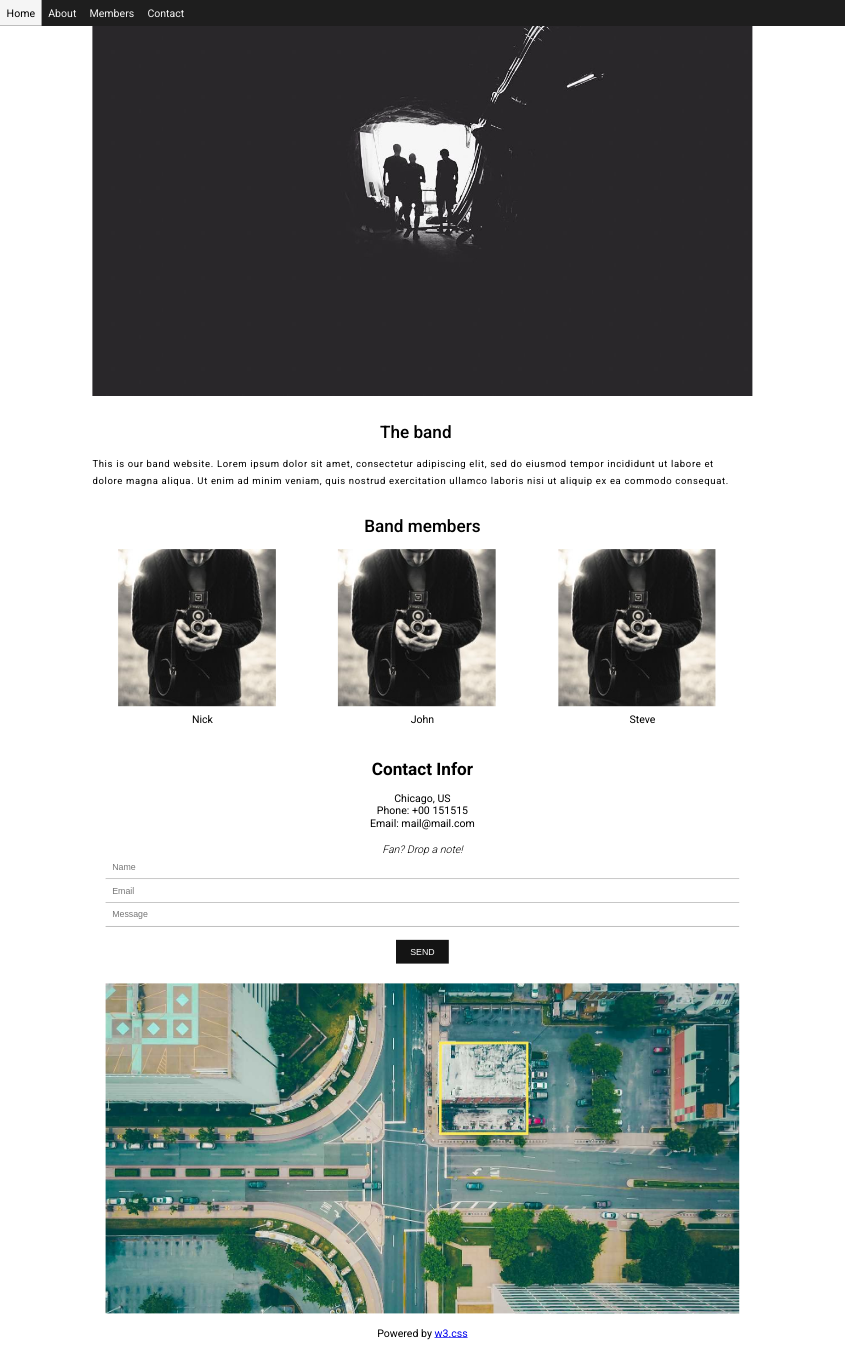
Repository: hieu-22/w3_band_UI
Page: index.html
An editor plug-in stored every save of this project. The page is shown before and after the next save, followed by the edit.
The browser window is 1280 px wide. The pictures show the whole page, at 66% of full size.

Above is the page before, as saved 2022-12-30 14:22:29.

After the next save:
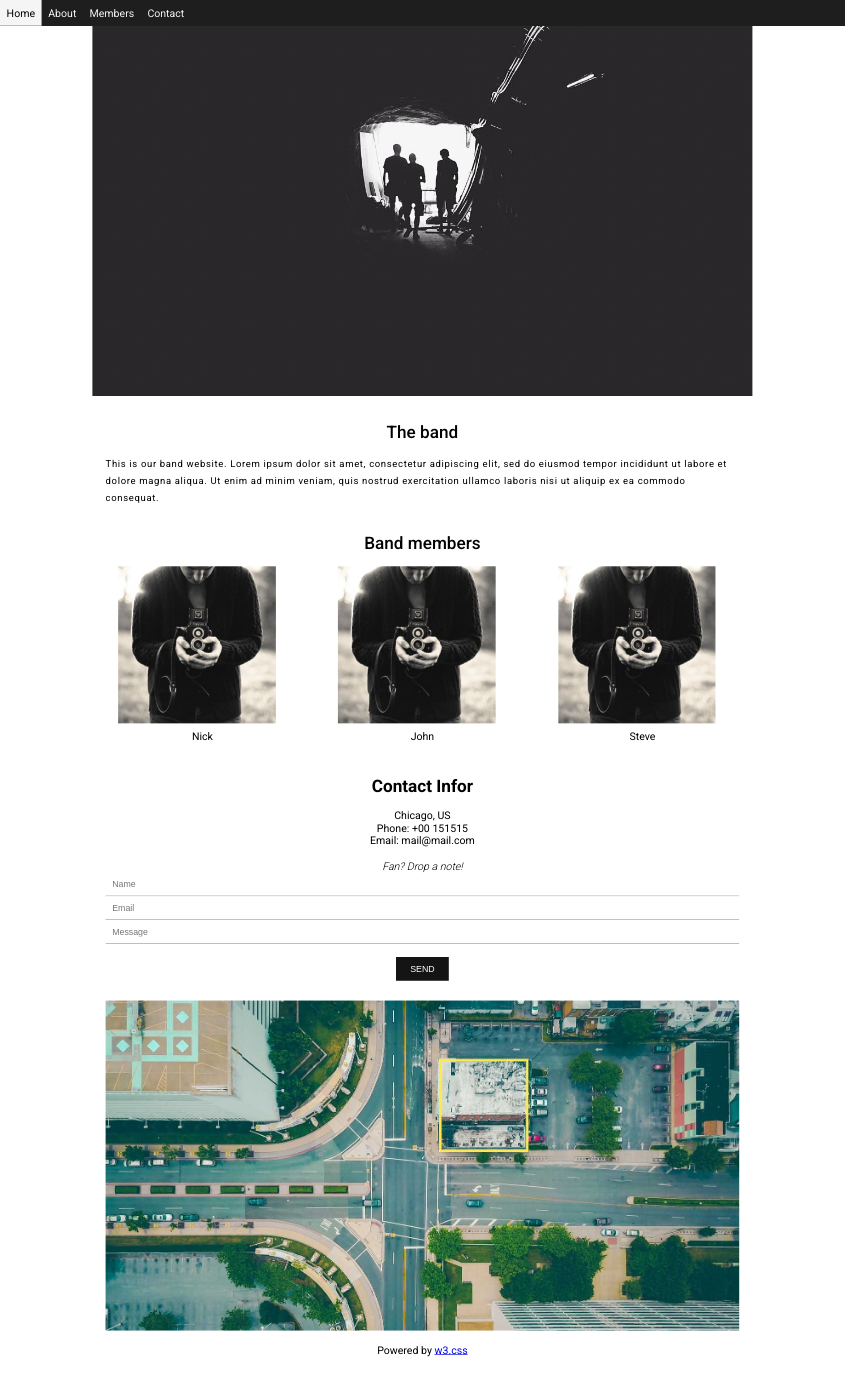
Saved 24 s later.
--- a/assets/css/style.css
+++ b/assets/css/style.css
@@ -56,7 +56,7 @@ html {
 
 /* main content */
 .content__about {
-    margin: 20px 20px 20px 0;
+    margin: 20px 20px 0px 20px;
 }
 
 .content__about-name {
